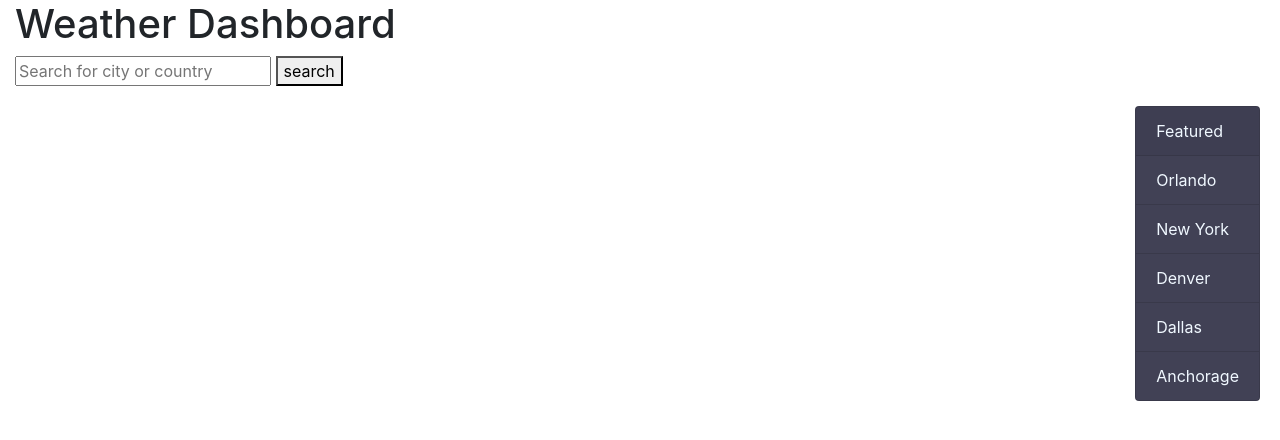
Repository: cobalt88/weather-forecast-app
Page: index.html
The author's editor kept a copy of each file at every save. The page is drawn from the files as they stood at one save, then again after the next save.
The browser window is 1280 px wide. The pictures show the whole page.
Some web libraries are served in a nearby version.

Above is the page before, as saved 2022-05-21 16:52:04.

After the next save:
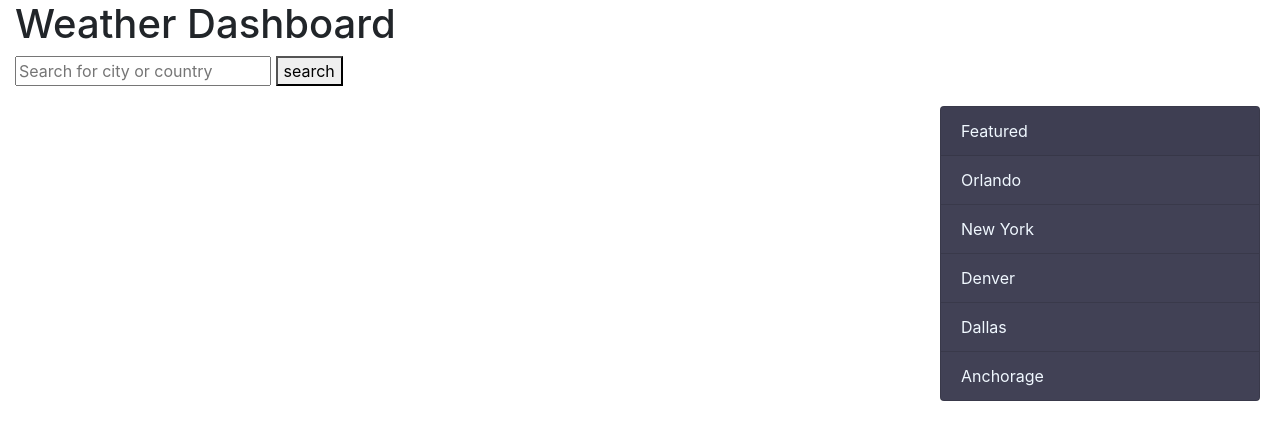
Saved 22 s later.
--- a/assets/style.css
+++ b/assets/style.css
@@ -8,6 +8,7 @@
 .history-card {
   display: flex;
   justify-content: flex-start;
+  width: 25%;
 }
 
 .list-group-item {
